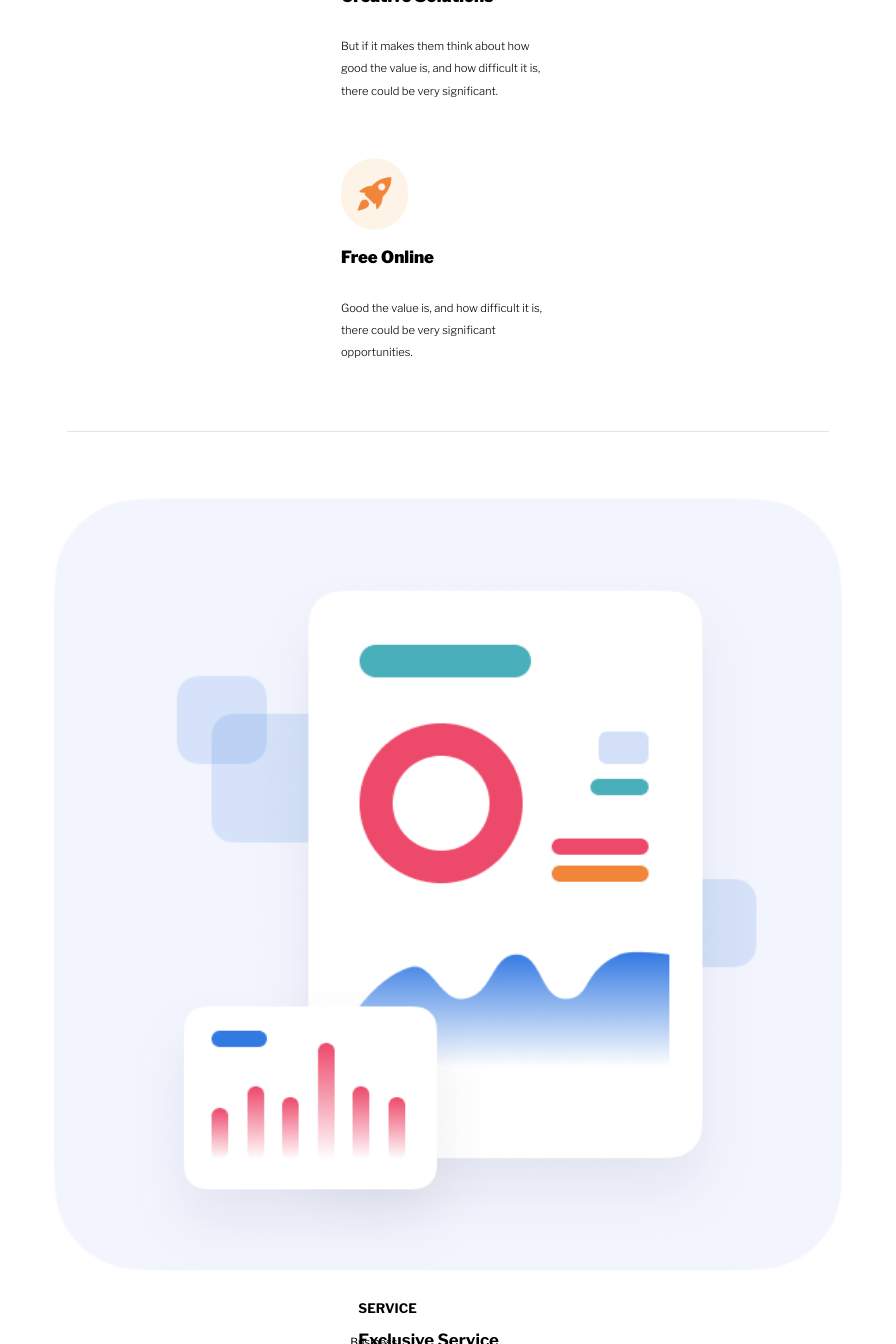
Repository: adryelfelipe/frontend-prova
Page: prova-figma/Prova/index.html
An editor plug-in stored every save of this project. The page is shown before and after the next save, followed by the edit.
The browser window is 1280 px wide. The pictures show the part of the page from y = 973 to 2893 px (the page is 3781 px tall before and 3775 px after), at 70% of full size.

Above is the page before, as saved 2026-06-22 19:10:43.

### prova-figma/Prova/index.html
<!DOCTYPE html>
<html lang="en">
<head>
    <meta charset="UTF-8">
    <meta name="viewport" content="width=device-width, initial-scale=1.0">
    <link rel="stylesheet" href="style/variaveis.css">
    <link rel="stylesheet" href="./style/style.css">
    <title>Document</title>
</head>
<body>
    <header>
        <h2>MNY</h2>

        <nav>
            <p>About</p>
            <p>Features</p>
            <p>Services</p>
            <p>Pricing</p>
            <p>Blog</p>
        </nav>

        <button>CONTACT</button>

        <img src="./assets/icon/hamburguer.svg" alt="">
    </header>
    <main>
        <section class="hero">
            <article class="hero-first-article">
                <h3 class="subtitle-base hero-subtitle">MAKE MONEY</h3>
                <h1 class="title-base hero-title">Grow Your Money Like Never Before</h1>
                <p class="paragraph hero-paragraph">Business, in a way that makes sense for them. But if it makes them think about how good the value.</p>
                <button class="hero-button">GET STARTED</button>
            </article>
            <article class="hero-second-article">
                <!-- <img class src="assets/img/homem-terno.png" alt=""> -->
            </article>
        </section>

        <section class="service">
            <div class="service-container">
                <article class="service-card">
                    <div class="bg-icon-fly">
                        <img src="./assets/icon/icon1-fly-section2.svg" class="icon-fly" alt="">
                    </div>

                    <h3 class="subtitle-tertiary">Strong Security</h3>
                    <p class="paragraph">Way that makes sense for them. But if it makes them think about how good the value is, and how difficult it is.</p>
                </article>

                <article class="service-card">
                    <div class="bg-icon-backpack">
                        <img src="./assets/icon/icon2-backpack-section2.png" class="icon-backpack" alt="">
                    </div>

                    <h3 class="subtitle-tertiary">Creative Solutions</h3>
                    <p class="paragraph">But if it makes them think about how good the value is, and how difficult it is, there could be very significant.</p>
                </article>

                <article class="service-card">
                    <div class="bg-icon-rocket">
                        <img src="./assets/icon/icon3-rocket-section2.png" class="icon-rocket" alt="">
                    </div>

                    <h3 class="subtitle-tertiary">Free Online</h3>
                    <p class="paragraph">Good the value is, and how difficult it is, there could be very significant opportunities.</p>
                </article>
            </div>

            <div class="service-container-line">

            </div>

            <img src="./assets/img/infos-section2.png" class="service-img" alt="">

            <article>
                <h3>SERVICE</h3>
                <h2>Exclusive Service</h2>

                <div class="bg-icon-correct">
                    <img src="./assets/icon/correct-icon-section2.png" class="icon-correct" alt="">
                    <p>Business, in a way that makes sense for them</p>
                </div>

                <div>
                    <img src="./assets/icon/correct-icon-section2.png" alt="">
                    <p>Makes them think about how good</p>
                </div>

                <div>
                    <img src="./assets/icon/correct-icon-section2.png" alt="">
                    <p>Value is, and how difficult it is</p>
                </div>

                <button>LEARN MORE</button>
            </article>
        </section>
        <section class="our-company">
            <article class="company-first-article">
                <h3 class="subtitle-base company-subtitle">ABOUT OUR COMPANY</h3>
                <h2 class="subtitle-secondary">Giving Future To Your Investment</h2>
                <p class="company-paragraph">Business, in a way that makes sense for them. But if it makes them think about.</p>
                <p class="paragraph company-paragraph-second">But if it makes them think about how good the value is, and how difficult it is, there could be very significant opportunities—it could be really expensive for them.</p>
                <button class="company-button">ABOUT US</button>
            </article>
            <article class="company-second-article">
                <img src="assets/img/our-company.png" alt="">
            </article>
        </section>
    </main>
</body>
</html>

### prova-figma/Prova/style/variaveis.css
@import url('https://fonts.googleapis.com/css2?family=Libre+Franklin:ital,wght@0,100..900;1,100..900&display=swap');

:root {
    --primary-color: #FFFFFF;
    --header-icon-border-color: rgba(255, 255, 255, 0.3);
    --bg-color: rgba(50, 121, 226, 1);

    --subtitle: rgba(170, 196, 234, 1);

    --normal-line: rgba(213, 214, 225, 1);

    /*Icons Session 2*/
    --bg-icon-fly: rgba(230, 247, 248, 1);
    --bg-icon-backpack: rgba(252, 237, 240, 1);
    --bg-icon-rocket: rgba(253, 243, 230, 1);
    --bg-icon-correct: rgba(50, 121, 226, 1);

    --icon-fly-color: rgba(73, 175, 186, 1);
    --icon-backpack-color: rgba(237, 73, 107, 1);
    --icon-rocket-color: rgba(241, 134, 59, 1);
    --icon-correct-color: rgba(255, 255, 255, 1)
}

.title-base{
    font-family: 'Libre Franklin';
    font-weight: 900;
    font-size: 3.5rem;
    line-height: 64px;
    letter-spacing: -1px;
}

.subtitle-base{
    margin: 0;
    font-family: 'Libre Franklin';
    font-weight: 300;
    font-size: 1rem;
    line-height: 32px;
    letter-spacing: 3px;
    text-transform: uppercase;
}

.subtitle-secondary{
    font-family: 'Libre Franklin';
    font-weight: 900;
    font-size: 2.5rem;
    line-height: 48px;
    letter-spacing: 0px;
}

.subtitle-tertiary{
    font-family: Libre Franklin;
    font-weight: 900;
    font-size: 24px;
    line-height: 32px;
    letter-spacing: 0px;
}

.paragraph{
    font-family: 'Libre Franklin';
    font-weight: 300;
    font-size: 1rem;
    line-height: 32px;
    letter-spacing: 0px;
}

### prova-figma/Prova/style/style.css
body{
    font-family:"Libre Franklin";
    margin: 0px;
}

/* HEADER */
header{
    display: flex;
    justify-content: space-around;
    align-items: center;
    background-color: var(--bg-color);
}

header nav{
    display: none;
}

header button{
    display: none;
}

header img {
    border: solid 1px var(--header-icon-border-color);
    border-radius: 16px;
}

header h2 {
    color: var(--primary-color);
}


/* SECTION HERO */
.hero{
    background: linear-gradient(135deg, #3279E2 0%, #CACAEB 100%);
    margin-bottom: 80px;
}

.hero-first-article{
    width: 98%;                     /*OBSERVAÇÃO IMPORTANTE EM QUESTÃO          DO POSICIONAMENTO E FIDELIDADE AO FIGMA*/
    justify-self: center;           /*O POSICIONAMENTO FOI ALTERADO POIS, EMBORA A TIPOGRAFIA TENHA SIDO COPIADA EXTRITAMENTE SEMLHANTE AO FIGMA OS TAMANHOS E POSICIONAMENTOS DA TELA NA RESOLUÇÃO MÍNIMA INDICADA NÃO DARIAM CERTO*/
}

.hero-subtitle{
    color: var(--subtitle);
}

.hero-title{
    color: var(--primary-color);
}

.hero-paragraph{
    color: rgba(255, 255, 255, 0.5);
}

.hero-button{
    background-color: rgba(17, 17, 17, 1);
    color: var(--primary-color);
    padding: 16px 30px;
    font-family: Libre Franklin;
    font-weight: 700;
    font-size: 14px;
    line-height: 100%;
    letter-spacing: 0px;
    text-align: center;
    text-transform: uppercase;
    border: none;
    border-radius: 16px;
}

/* .hero-second-article{
    width: 405px;
    height: 80%;
}

.image{
    object-fit: cover;

} */

/* SECTION SERVICE */
.service {
    display: flex;
    flex-direction: column;
    align-items: center;
}

.service-container {
    display: flex;
    flex-direction: column;
    gap: 64px;
}

.service-container-line {
    height: 1px;
    background-color: var(--normal-line);
    width: 85vw;
    justify-self: center;
    margin-top: 80px;
    margin-bottom: 95px;
}

.service-img {
    justify-self: center;
    width: 88vw;
    height: 88vw;
}

.service-card {
    display: flex;
    flex-direction: column;
}

.service-card p {
    width: 306px;
}

.bg-icon-fly {
    display: flex;
    justify-content: center;
    align-items: center;
    border-radius: 100px;
    width: 102px;
    height: 102px;
    background-color: var(--bg-icon-fly)
}

.icon-fly {
    height: 2rem;
    width: 3rem;
}

.bg-icon-backpack {
    display: flex;
    justify-content: center;
    align-items: center;
    border-radius: 100px;
    width: 102px;
    height: 102px;
    background-color: var(--bg-icon-backpack)
}

.icon-backpack {
    height: 2,5rem;
    width: 3rem;
}

.bg-icon-rocket {
    display: flex;
    justify-content: center;
    align-items: center;
    border-radius: 100px;
    width: 6rem;
    height: 102px;
    background-color: var(--bg-icon-rocket)
}

.icon-rocket {
    height: 3rem;
    width: 3rem;
}

.bg-icon-correct {
    display: flex;
    justify-content: center;
    align-items: center;
    border-radius: 100px;
    width: 2rem;
    height: 2rem;
    background-color: var(--bg-icon-rocket)
}

.icon-correct {
    width: 1rem;
    height: 0,8rem;
}

/* SECTION OUR COMPANY */

.our-company{
    background-color: rgba(236, 241, 250, 1);
}

.company-subtitle{
    color: rgba(50, 121, 226, 1);
}

.company-paragraph{
    font-family: Libre Franklin;
    font-weight: 300;
    font-size: 20px;
    line-height: 32px;
    letter-spacing: 0px;
    width: 90%;
}

.company-button{
    background-color: transparent;
    color: rgba(50, 121, 226, 1);
    padding: 16px 30px;
    font-family: Libre Franklin;
    font-weight: 700;
    font-size: 14px;
    line-height: 100%;
    letter-spacing: 0px;
    text-align: center;
    text-transform: uppercase;
    border: 1px solid rgba(50, 121, 226, 0.3);
    border-radius: 16px;
}

.company-paragraph-second{
    color: rgba(51, 51, 51, 0.75);
    width: 90%;
}

.company-first-article{
    width: 98%;
    justify-self: center;
}

.company-second-article{
    justify-self: center;
}

After the next save:
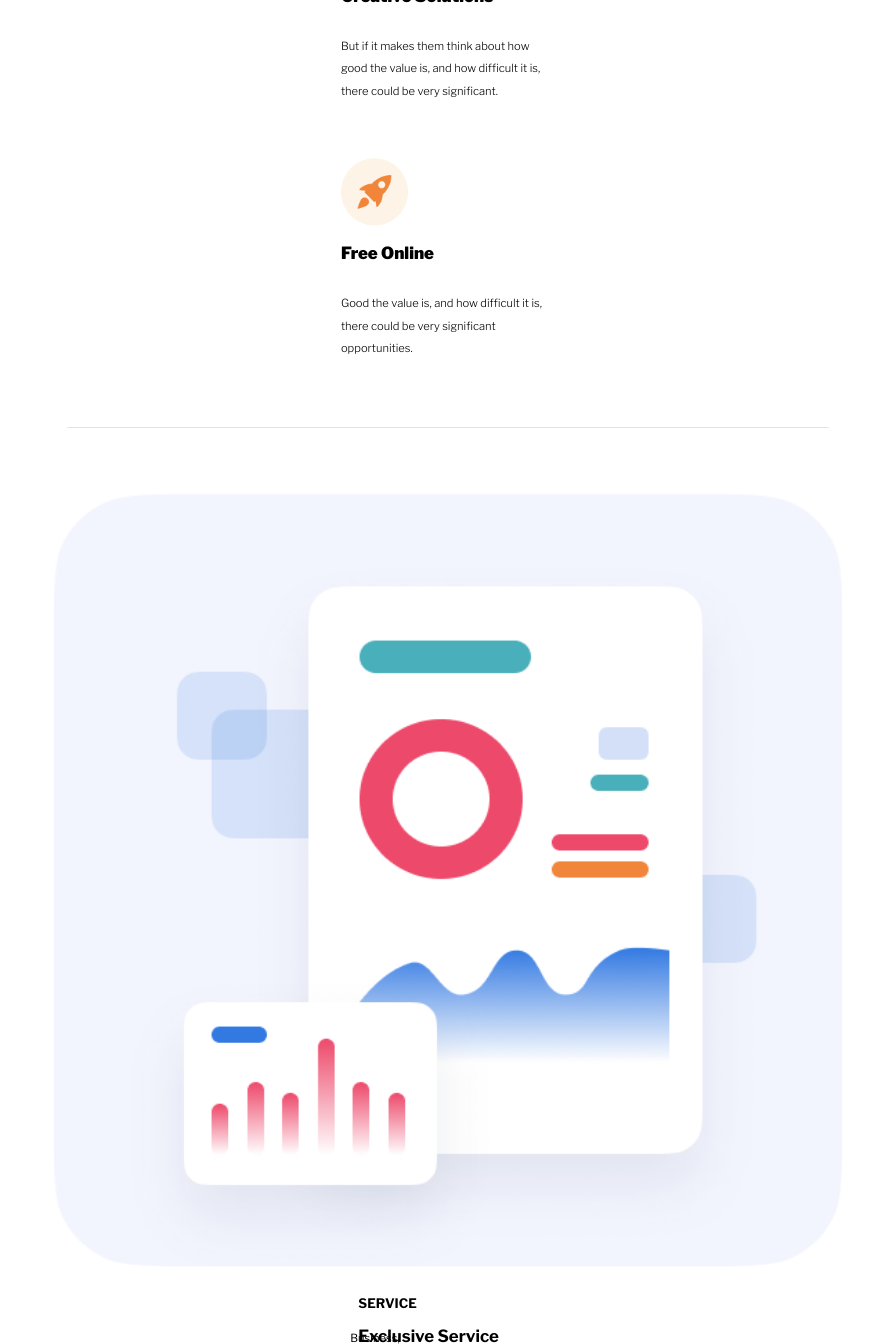
Saved 4 s later.
--- a/prova-figma/Prova/style/style.css
+++ b/prova-figma/Prova/style/style.css
@@ -150,7 +150,7 @@ header h2 {
     align-items: center;
     border-radius: 100px;
     width: 6rem;
-    height: 102px;
+    height: 6rem;
     background-color: var(--bg-icon-rocket)
 }
 
